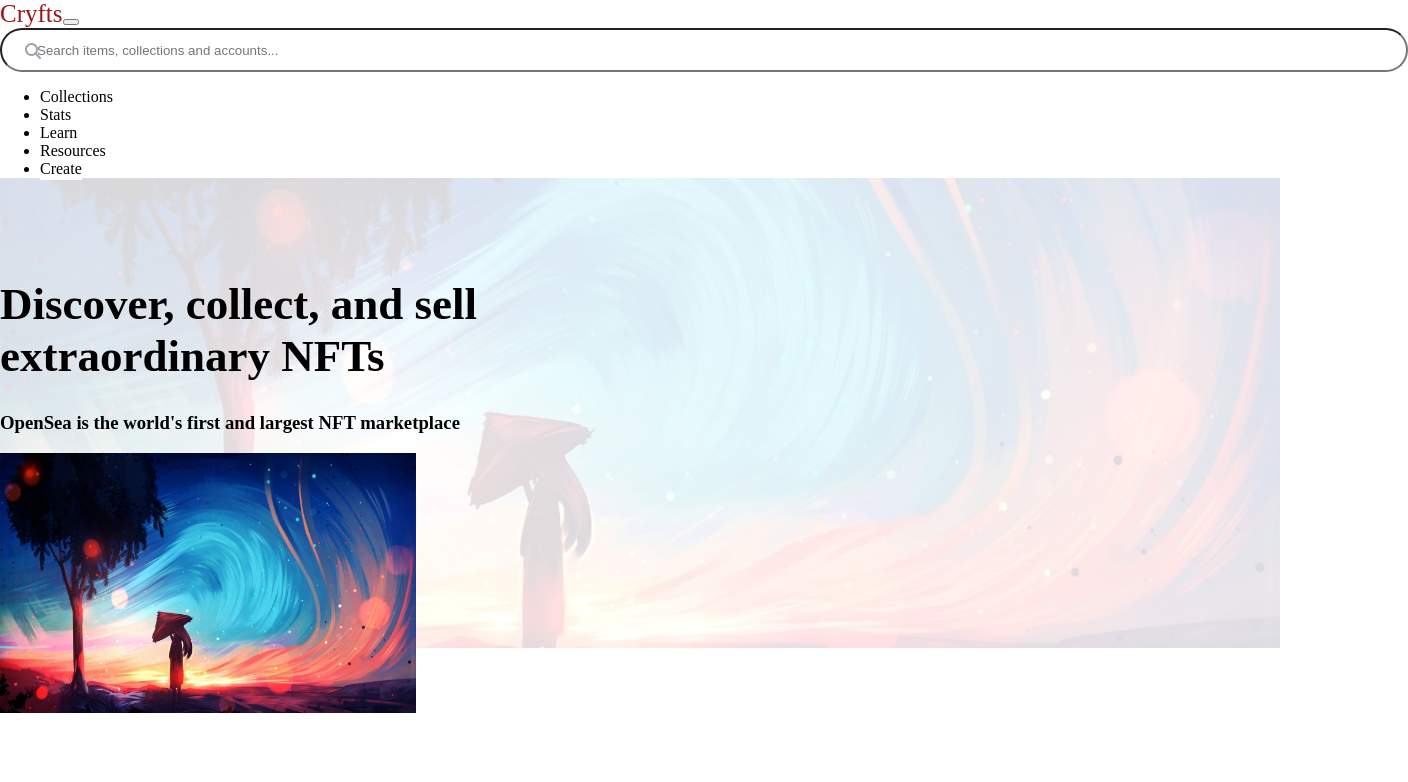
Repository: Huzaifa-2609/opensea_project
Page: /
The author's editor kept a copy of each file at every save. The page is drawn from the files as they stood at one save, then again after the next save.
The browser window is 1280 px wide. The page is 1408 px wide, so the pictures cover 1408 px, including what lies to the right of the window. The pictures show the whole page.
Some web libraries are served in a nearby version. The project was rebuilt for these pictures with package versions that can differ from the ones it lists, and the page was loaded fresh each time. The framework's server and built-in components were replaced by stand-ins that run in the browser. Also part of the build but not shown: next.config.js, styles/Home.module.css.

Above is the page before, as saved 2022-07-09 18:53:57.

### pages/_app.js
import Navbar from '../components/Navbar'
import '../styles/globals.css'
import Head from "next/head"
import Script from 'next/script'
import "../styles/hero.css"
function MyApp({ Component, pageProps }) {
  return(
    <>
    <Script src="https://kit.fontawesome.com/30bda3e318.js" crossorigin="anonymous"></Script>
    <Script src="https://cdn.jsdelivr.net/npm/bootstrap@5.2.0-beta1/dist/js/bootstrap.bundle.min.js" integrity="sha384-pprn3073KE6tl6bjs2QrFaJGz5/SUsLqktiwsUTF55Jfv3qYSDhgCecCxMW52nD2" crossOrigin="anonymous"></Script>
    <Navbar title={"Cryfts"}/>
  <Component {...pageProps} />
  </>
  )
}

export default MyApp

### pages/_document.js
import { Html, Head, Main, NextScript } from 'next/document'

export default function Document() {
  return (
    <Html>
      <Head>
      <link href="https://cdn.jsdelivr.net/npm/bootstrap@5.2.0-beta1/dist/css/bootstrap.min.css" rel="stylesheet" integrity="sha384-0evHe/X+R7YkIZDRvuzKMRqM+OrBnVFBL6DOitfPri4tjfHxaWutUpFmBp4vmVor" crossOrigin="anonymous"/>
      </Head>
      <body>
        <Main />
        <NextScript />
      </body>
    </Html>
  )
}

### pages/index.js
import Head from 'next/head'
import Image from 'next/image'
import Hero from '../components/Hero'
import styles from '../styles/Home.module.css'

export default function Home() {
  return (
    <>
    <div>
      <Head>
        <title>Create Next App</title>
        <meta name="description" content="Generated by create next app" />
        <link rel="icon" href="/favicon.ico" />
      </Head>
         </div>
      <Hero/>
      </>
  )
}

### components/Navbar.js
import React from 'react'
import Link from 'next/link'
import { useRouter } from 'next/router'
const Navbar = (props) => {
  const location=useRouter();
  return (
    <div>
      <nav className="navbar shadow-sm fixed-top navbar-expand-lg navbar-light">
  <div className="container-fluid">
    <a className="navbar-brand text-color fw-bolder ml-2" href="/">{props.title}</a>
    <button className="navbar-toggler" type="button" data-bs-toggle="collapse" data-bs-target="#navbarSupportedContent" aria-controls="navbarSupportedContent" aria-expanded="false" aria-label="Toggle navigation">
      <span className="navbar-toggler-icon"></span>
    </button>

    <div className="collapse navbar-collapse" style={{width:"50%"}} id="navbarSupportedContent">

            <div className="row height d-flex justify-content-center align-items-center">

                <div className="form">
                  <i className="fa fa-search"></i>
                  <input type="text" className="form-control form-input" placeholder="Search items, collections and accounts..."/>
                </div>

            </div>


      <ul className="navbar-nav gap-4 m-auto mb-2 mb-lg-0 fw-bold" style={location.pathname==="/signup"?{visibility:"hidden"}:{}}>
      <li className="nav-item">
          <Link href="/collections/0x7132e1d414161A232c2027aE6C66D7914649bA66"><a className="nav-link " aria-current="page" >Collections</a></Link>
        </li>
        <li className="nav-item">
          <Link href="/"><a className="nav-link" aria-current="page" >Stats</a></Link>
        </li>
        <li className="nav-item">
          <Link href="/"><a className="nav-link " >Learn</a></Link>
        </li>

        <li className="nav-item dropdown">
          <Link href="/"><a className="nav-link dropdown-toggle pe-none"  id="navbarDropdown" role="button" data-bs-toggle="dropdown" aria-expanded="false">
            Resources
          </a></Link>
          <ul className="dropdown-menu" aria-labelledby="navbarDropdown">
            <li><Link href="/"><a className="dropdown-item" >Action</a></Link></li>
            <li><Link href="/"><a className="dropdown-item" >Another action</a></Link></li>
            <li><hr className="dropdown-divider"/></li>
            <li><Link href="/"><a className="dropdown-item" >Something else here</a></Link></li>
          </ul>
        </li>
        <li className="nav-item">
          <Link  href="/"><a className="nav-link">Create</a></Link>
        </li>
      </ul >
      {/* <form className="d-flex" role="search">
        <ul className="navbar-nav gap-3 media" style={location.pathname==="/signup"?{display:"none"}:{}}>
      <li className="nav-item float-right">
          <Link href="/login"><a className="nav-link"  >Sign in</a></Link>
    </li>
      <li className="nav-item mx-2">
    <Link href='/signup'><a className="btn btn1 btn-primary bd-color bg-color"  style={location.pathname==="/signup"?{display:"none"}:{}} type="submit">Get Started</a></Link>
    </li>
        </ul>
      </form> */}
    </div>
  </div>
</nav>
    </div>
  )
}

export default Navbar

### styles/globals.css
:root {
  --light: #9f1313;
  --dark: #8d1212;
}
html,
body {
  padding: 0;
  margin: 0;
  /* font-family: -apple-system, BlinkMacSystemFont, Segoe UI, Roboto, Oxygen,
    Ubuntu, Cantarell, Fira Sans, Droid Sans, Helvetica Neue, sans-serif; */
}

a {
  color: inherit;
  text-decoration: none;
}

* {
  box-sizing: border-box;
}
@media all and (min-width: 992px) {
  .navbar .nav-item .dropdown-menu{ display: none; }
  .navbar .nav-item .nav-link{ border-bottom:3px solid white;  }
  .navbar .nav-item:hover .nav-link{ border-bottom:3px solid var(--light);  }
  .navbar .nav-item:hover .dropdown-menu{ display: block; }
  .navbar .nav-item .dropdown-menu{ margin-top:0; }


}
@media all and (max-width: 992px){
  .pic{display: none;}
  .signup-cls{   margin-top: 15% !important;}
  .signin-cls .card{border:none; box-shadow: none !important;}
  .media{display: none;}
  .empass{flex-direction: column ;}
}

nav {
  /* border-bottom:1px solid #ede4e4; */
  background-color: white;
}
.comp1{
  width: 22rem;
  border: none;

}
.comp{
  margin: 90px 0px;
}
.text-color{
  color: var(--dark);
}
.bg-color{
  background-color: var(--dark);
}
.btn1:hover{
  background-color: var(--light);
  border-color: var(--dark);

}
.bd-color{
  border-color: var(--dark);
}
.navbar-light .navbar-brand{
  color: var(--dark);
}
.navbar-light .navbar-brand:hover{
  color: var(--light);
}
.navbar-brand{
  font-size: 25px;
}
.link-hover :hover{
  color: var(--dark);
}
.form-check-label-color{
  color: var(--dark);
}
.form-outline{
  width: 75%!important;
}
.form-control:focus {
  border-color: #ced4da;
  box-shadow: none!important;
}

/* Navbar search css */
.form{
  position: relative;

}

.form .fa-search{

  position: absolute;
  top:15px;
  left: 25px;
  color: #9ca3af;

}

.form span{

  position: absolute;
  right: 17px;
  top: 13px;
  padding: 2px;
  border-left: 1px solid #d1d5db;

}

.left-pan{
  padding-left: 7px;
}

.left-pan i{

 padding-left: 10px;
}

.form-input{
  width: 220%;
  height: 44px;
  text-indent: 33px;
  border-radius: 40px;
}

.form-input:focus{

  box-shadow: none;
  border:none;
}

### styles/hero.css
/* .body{
} */
/* .bg{
    background: url("../public/nftbg.jpg") no-repeat center center/cover;
} */
.bg::before{
    content: "";
    background:url("../public/nftbg.jpg") no-repeat center center/cover;
    position: absolute;
    height:90%;
    width:100%;
    z-index: -1;
    opacity: 0.15;
    top: 0px;
    left: 0px;
}

### components/Hero.js
import React from "react";
import Image from "next/image";
import img from "../public/nftbg.jpg";

const Hero = () => {
  const style = {
    background: img,
    marginTop: "100px",
    height:"70vh"
  };
  return (
    <>
      <div className="container d-flex justify-content-between bg align-items-center " style={style}>
        <div className="card mb-3 border-0 bg-transparent" style={{ width: "34rem"}}>
          <div className="card-body">
            <h1 className="card-title " style={{fontSize:"45px"}}>Discover, collect, and sell extraordinary NFTs</h1>
            <h3 className="card-subtitle  mt-3 fs-2" >
            OpenSea is the world's first and largest NFT marketplace
            </h3>
          </div>
        </div>
        <div className="card mb-3 border-0 " style={{ width: "26rem"}}>
          <Image src={img} className="card-img-top" alt="..." />
          {/* <div className="card-body">
            <h1 className="card-title">Discover, collect, and sell extraordinary NFTs</h1>
            <h3 className="card-subtitle text-muted mt-3">
            OpenSea is the world's first and largest NFT marketplace
            </h3>
          </div> */}
        </div>
      </div>
    </>
  );
};

export default Hero;

After the next save:
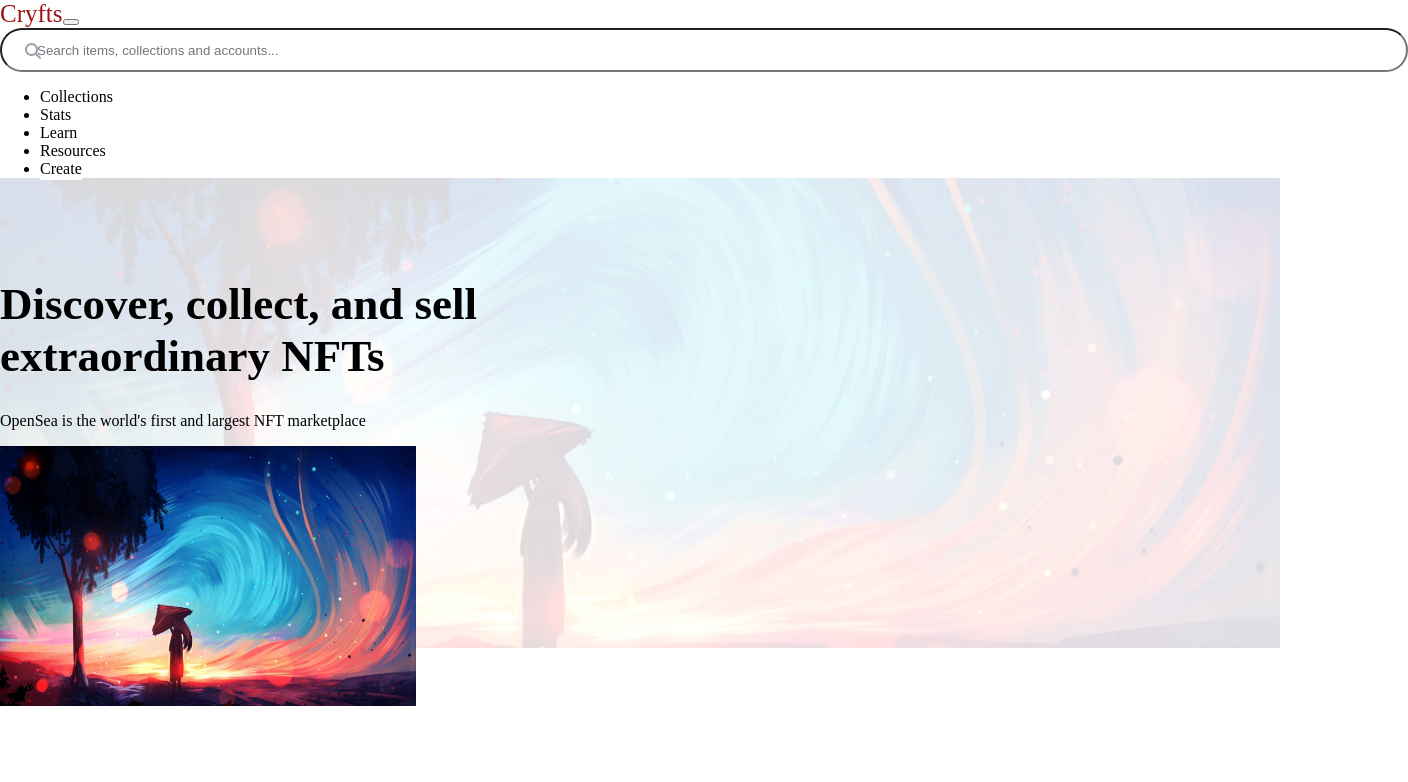
Saved 25 s later.
--- a/components/Hero.js
+++ b/components/Hero.js
@@ -14,9 +14,9 @@
         <div className="card mb-3 border-0 bg-transparent" style={{ width: "34rem"}}>
           <div className="card-body">
             <h1 className="card-title " style={{fontSize:"45px"}}>Discover, collect, and sell extraordinary NFTs</h1>
-            <h3 className="card-subtitle  mt-3 fs-2" >
+            <p className="card-subtitle text-muted mt-3 fs-2" >
             OpenSea is the world's first and largest NFT marketplace
-            </h3>
+            </p>
           </div>
         </div>
         <div className="card mb-3 border-0 " style={{ width: "26rem"}}>
